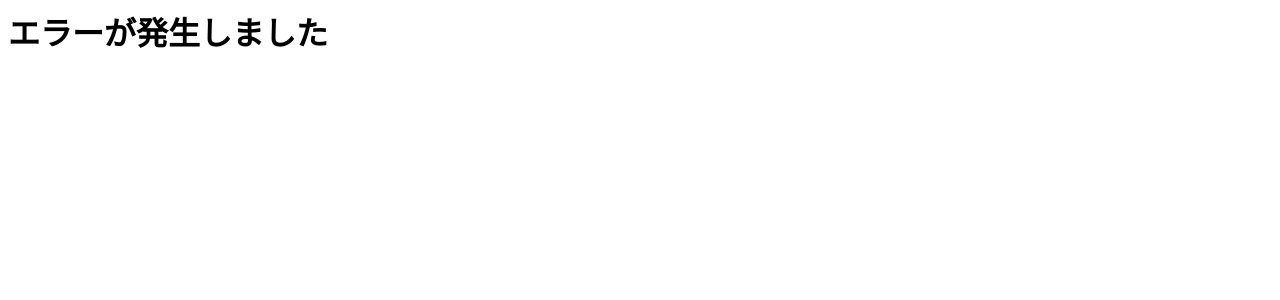
Repository: naoshima1109/test
Page: http://localhost/WebProj3/helloStrutsError.jsp
The author's editor kept a copy of each file at every save. The page is drawn from the files as they stood at one save, then again after the next save.
The browser window is 1280 px wide. The pictures show the whole page.
The page is served by Tomcat 9.

Above is the page before, as saved 2019-05-13 08:26:53.

After the next save:
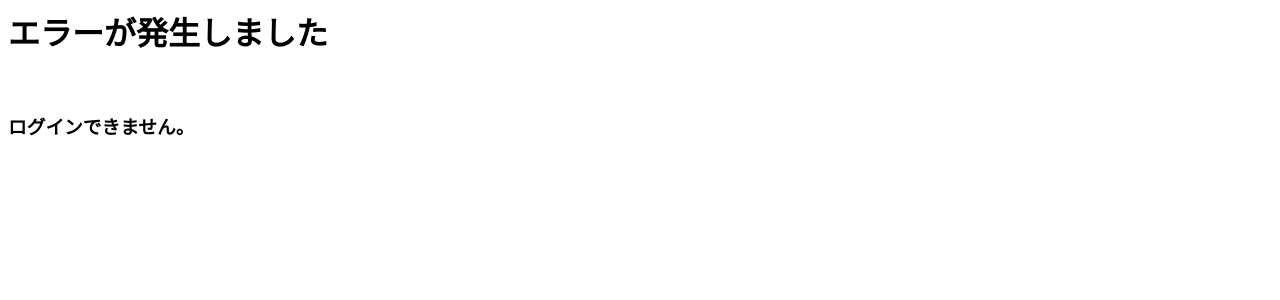
Saved 46 s later.
--- a/WebProj3/WebContent/helloStrutsError.jsp
+++ b/WebProj3/WebContent/helloStrutsError.jsp
@@ -9,6 +9,6 @@
 <body>
 <h1>エラーが発生しました</h1>
 <br>
-<h3><s:property value="result"/></h3>
+<h3>ログインできません。</h3>
 </body>
 </html>
